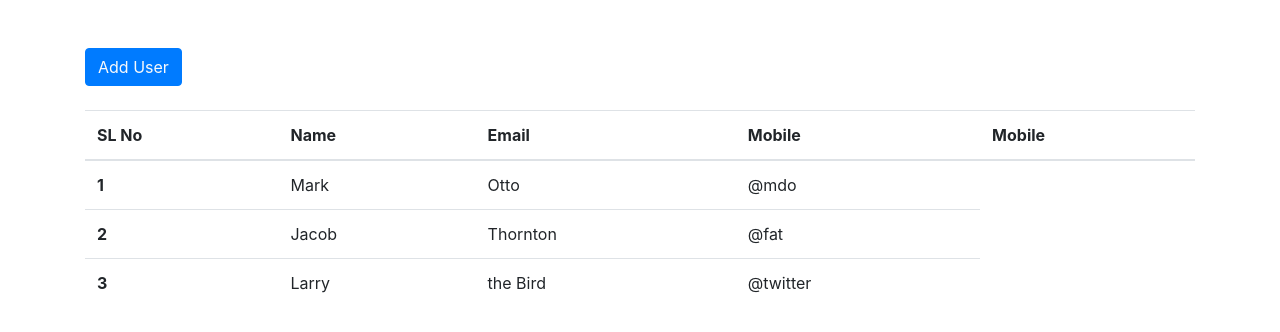
Repository: AMIT1439027/crud-app
Page: http://localhost/display.php
These files come from the project's save history. The page is drawn as it stood at one moment and after a run of saves; the edit follows.
The browser window is 1280 px wide. The pictures show the whole page.
The page is run by PHP 8.4 with error messages shown; the project is at /var/www/html/.

Above is the page before, as saved 2024-04-25 10:30:42.

After the next 2 saves:
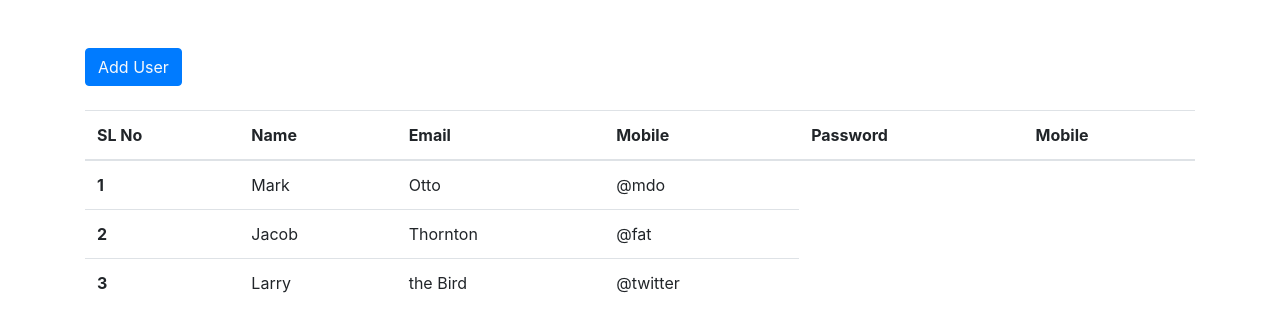
The 2 saves are shown as one change because they came seconds apart.
The last was saved 9 s later.
--- a/display.php
+++ b/display.php
@@ -24,6 +24,7 @@
       <th scope="col">Name</th>
       <th scope="col">Email</th>
       <th scope="col">Mobile</th>
+      <th scope="col">Password</th>
       <th scope="col">Mobile</th>
 
     </tr>
